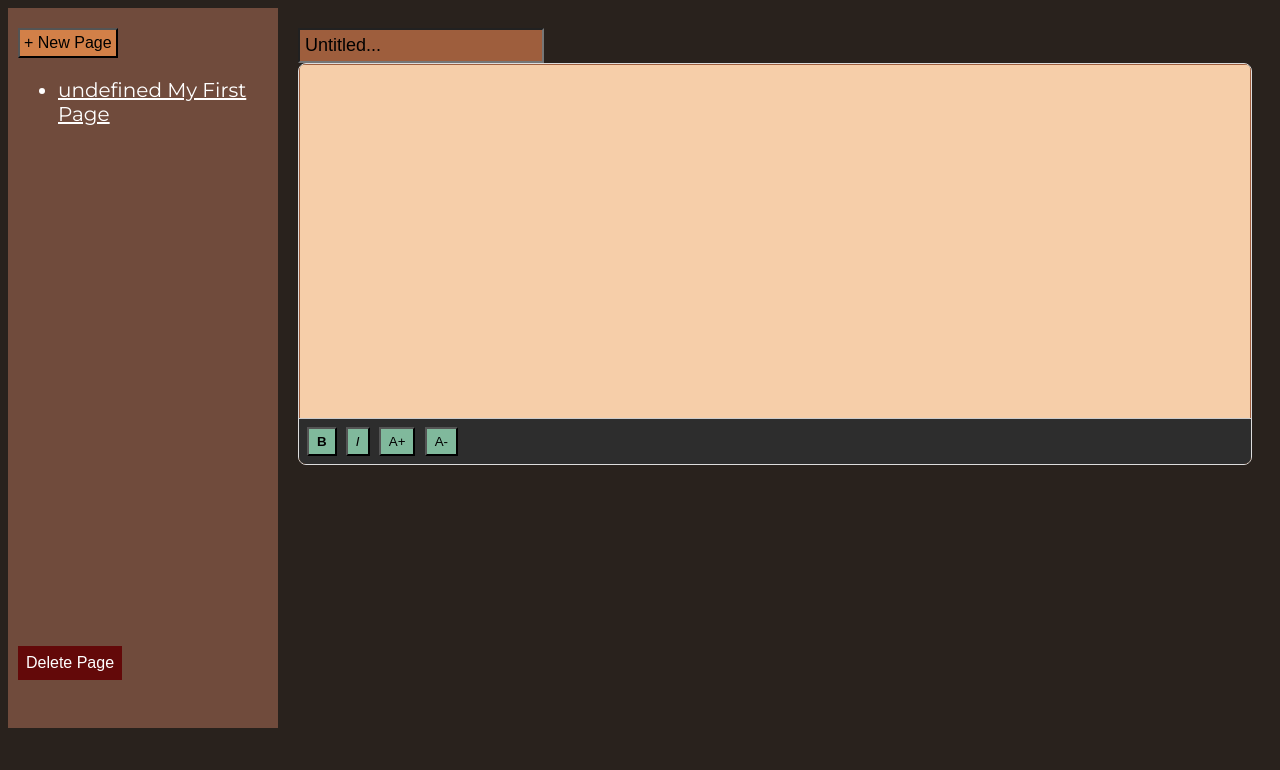
Repository: Dharshinimk-521/notes-app
Page: index.html
These files come from the project's save history. The page is drawn as it stood at one moment and after the next save; the edit follows.
The browser window is 1280 px wide. The pictures show the whole page.

Above is the page before, as saved 2026-04-18 23:07:30.

### index.html
<!DOCTYPE html>
<html lang="en">
    <head>
        <meta charset="UTF-8">
        <meta name="viewport" content="width=device-width, initial-scale=1.0">
        <title>Notes App</title>
        <link rel="stylesheet" href="style.css">
        <link rel="preconnect" href="https://fonts.googleapis.com">
        <link rel="preconnect" href="https://fonts.gstatic.com" crossorigin>
        <link href="https://fonts.googleapis.com/css2?family=Montserrat:ital,wght@0,100..900;1,100..900&display=swap" rel="stylesheet">
        <script src="app.js" defer></script>
    </head>
    <body>
    <div class="app">

        <aside class="sidebar">
        <button id="newPageBtn">+ New Page</button>
        <ul id="pageList"></ul>
        <button id="deletePageBtn"> Delete Page</button>
        </aside>

        <main class="editor">
            <input id="pageTitle" placeholder="Untitled..." />

            <div class="editor-container">
                <div id="editorArea" contenteditable="true"></div>


                <div class="tool-bar">
                    <button onclick="formatText('bold')"><b>B</b></button>
                    <button onclick="formatText('italic')"><i>I</i></button>
                    <button onclick="changeFontSize(1)">A+</button>
                    <button onclick="changeFontSize(-1)">A-</button>
                </div>

            </div>
        </main>

    </div>


    </body>
</html>

### style.css
body{
    font-family:'Montserrat',sans-serif;
    background-color: #29221D;
}
.app {
  margin: 0;
  display: flex;
  height: 100vh;

}

.sidebar {
  width: 250px;
  background: #704B3C;
  padding: 10px;
}

.editor {
  flex: 1;
  padding: 20px;
}

#editorArea {
  min-height: 400px;
  background-color: #F6CEA9;
  border: 1px solid #9E5E3D;
  padding: 10px;
  font-size: 16px;
}
#newPageBtn{
 background-color: #D28048;
 padding: 4px;
 margin-top: 10px;
 cursor:pointer;
 font-size: 16px;
}
#pageTitle{
    padding:5px;
    background-color: #9E5E3D;
    color: black;
    font-size: 18px;
}
::placeholder{
    color:black;
    opacity: 1
}
#deletePageBtn {
    margin-top: 500px;
  margin-bottom: 90px;
  background: #630909;
  color: white;
  border: none;
  padding: 8px;
  cursor: pointer;
  font-size: 16px;
}
#pageList{
    text-decoration: underline;
    color:white;
    cursor: pointer;
    font-size: 20px;
}

.editor-container {
  position: relative;
  border: 1px solid #ddd;
  border-radius: 8px;
  height: 400px;
  overflow: hidden;
}

#editorArea {
  height: 100%;
  padding: 10px;
  padding-bottom: 50px;
  overflow-y: auto;
  outline: none;
  box-sizing: border-box;
}

.tool-bar {
  position: absolute;
  bottom: 0;
  left: 0;
  width: 100%;
  background: #2d2d2d;
  padding: 8px;
  border-top: 1px solid #ccc;
}

.tool-bar button {
  margin-right: 5px;
  padding: 5px 8px;
  cursor: pointer;
  background-color: #80b99c;
}

### app.js
// Load pages from localStorage OR use default
let pages = JSON.parse(localStorage.getItem("pages")) || [
  {
    id: "123",
    title: "My First Page",
    content: "<p>Hello world</p>"
  }
];

let currentPageId = null;

// Save all pages
function savePages() {
  localStorage.setItem("pages", JSON.stringify(pages));
}

// Create new page
function createPage() {
  const newPage = {
    id: Date.now().toString(),
    title: "Untitled",
    content: "",
    icon: "📄" // default icon
  };

  pages.push(newPage);
  savePages();
  renderPages();
  openPage(newPage.id);
}

// Render sidebar
function renderPages() {
  const pageList = document.getElementById("pageList");
  pageList.innerHTML = "";

  pages.forEach((page) => {
    const li = document.createElement("li");

    // icon + title
    li.innerHTML = `${page.icon} ${page.title}`;

    li.onclick = () => openPage(page.id);

    pageList.appendChild(li);
  });
}

// Open page
function openPage(id) {
    console.log("Opening page:", id);
  const page = pages.find(p => p.id === id);
  currentPageId = id;

  if (!page) return;

  document.getElementById("pageTitle").value = page.title;
  document.getElementById("editorArea").innerHTML = page.content;
}

// Auto save current page
function saveCurrentPage() {
  const page = pages.find(p => p.id === currentPageId);
  if (!page) return;

  page.title = document.getElementById("pageTitle").value;
  page.content = document.getElementById("editorArea").innerHTML;

  savePages();
}
//del func
function deleteCurrentPage() {
  if (!currentPageId) return;

  const confirmDelete = confirm("Delete this page?");
  if (!confirmDelete) return;

  pages = pages.filter(p => p.id !== currentPageId);

  savePages();
  renderPages();

  if (pages.length > 0) {
    openPage(pages[0].id);
  } else {
    currentPageId = null;
    document.getElementById("pageTitle").value = "";
    document.getElementById("editorArea").innerHTML = "";
  }
}
function formatText(command) {
  const editor= document.getElementById("editorArea");
  editor.focus();
  document.execCommand(command,false,null)
}
let currentFontSize = 3;
function changeFontSize(step){
  const editor= document.getElementById("editorArea");
  editor.focus();
  currentFontSize += step;
  if (currentFontSize < 1) currentFontSize = 1;
  if (currentFontSize > 7) currentFontSize = 7;

  document.execCommand("fontSize", false, currentFontSize);
}
// Event listeners
document.getElementById("newPageBtn").onclick = createPage;
document.getElementById("editorArea").addEventListener("input", saveCurrentPage);
document.getElementById("pageTitle").addEventListener("input", saveCurrentPage);
document.getElementById("deletePageBtn").onclick = deleteCurrentPage;

renderPages();

After the next save:
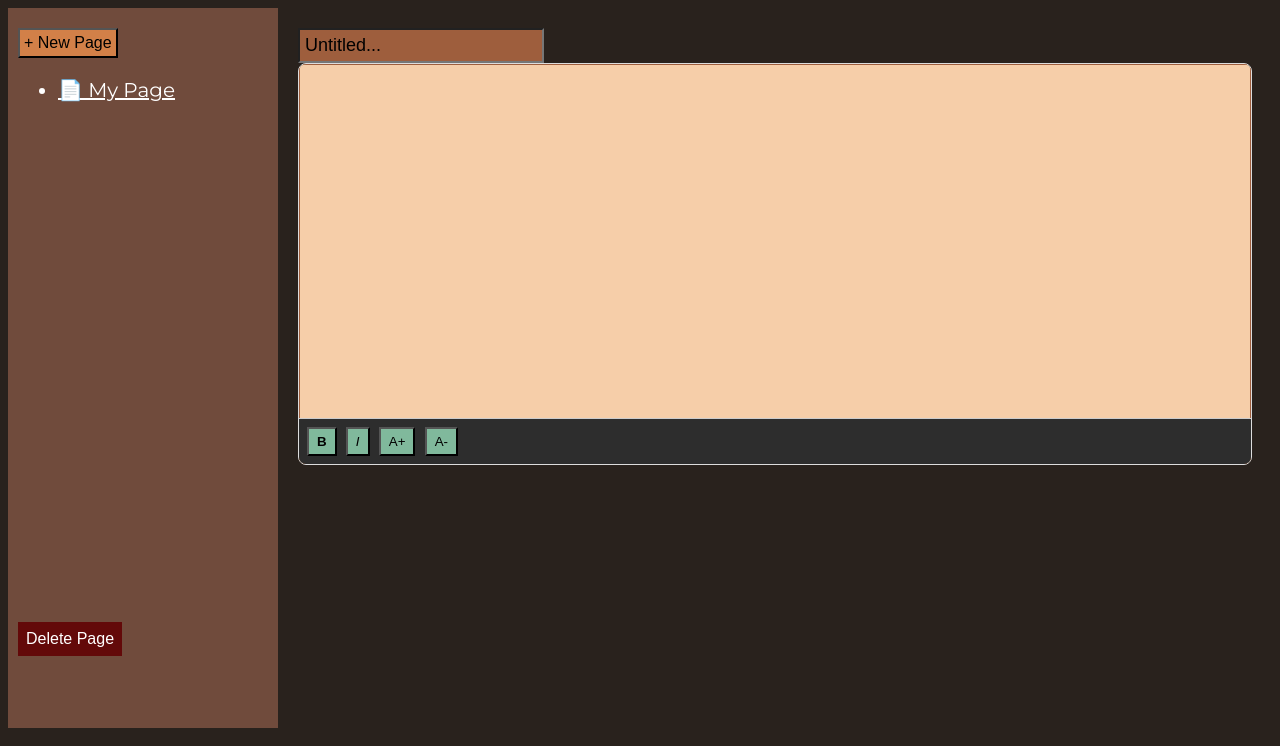
Saved 17 s later.
--- a/app.js
+++ b/app.js
@@ -1,10 +1,11 @@
 // Load pages from localStorage OR use default
 let pages = JSON.parse(localStorage.getItem("pages")) || [
   {
-    id: "123",
-    title: "My First Page",
-    content: "<p>Hello world</p>"
-  }
+  id: "123",
+  title: "My Page",
+  content: "...",
+  icon: "📄"
+}
 ];
 
 let currentPageId = null;
